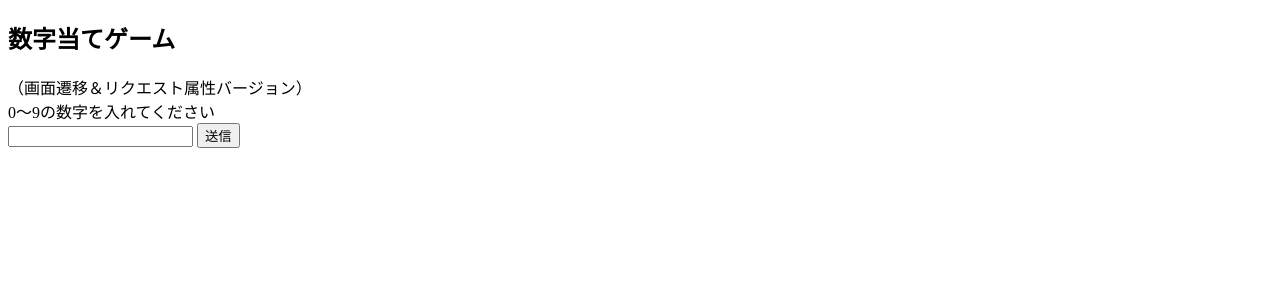
Repository: testsen/servlet
Page: http://localhost/basic/reqattr/guess.jsp
These files come from the project's save history. The page is drawn as it stood at one moment and after the next save; the edit follows.
The browser window is 1280 px wide. The pictures show the whole page.
The page is served by Tomcat 9.

Above is the page before, as saved 2018-12-24 10:04:29.

After the next save:
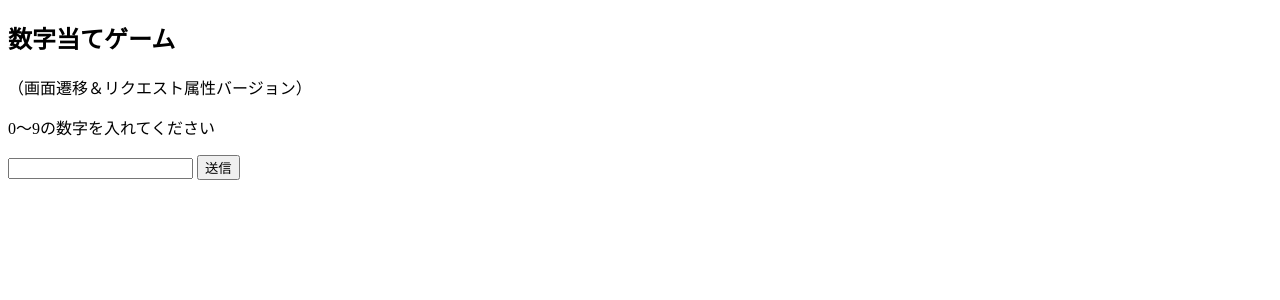
Saved 2 min 50 s later.
--- a/basic/reqattr/guess.jsp
+++ b/basic/reqattr/guess.jsp
@@ -10,8 +10,8 @@
 
 <H2>数字当てゲーム</H2>
 
-（画面遷移＆リクエスト属性バージョン）<br>
-0～9の数字を入れてください
+<p>（画面遷移＆リクエスト属性バージョン）<br>
+<p>0～9の数字を入れてください
 <form action="../servlet/GuessServlet2">
 <input type="text" name="number">
 <input type="submit" value="送信">
